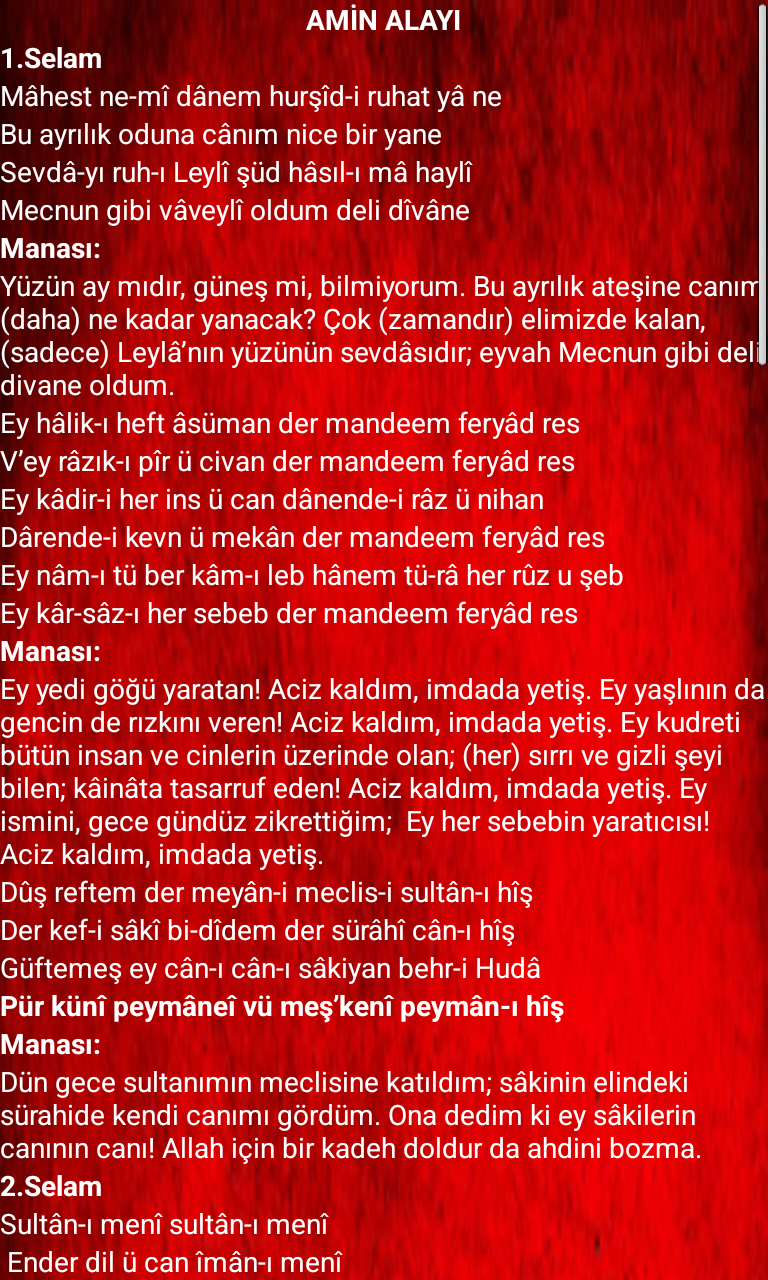
Repository: dokayazilim/Safahat-Android--Uygulamasi
Layout: safahat(android)/Safahat/res/layout/kitap31.xml
The author's editor kept a copy of each file at every save. The layout is drawn from the files as they stood at one save, then again after the next save.
It is drawn on a 768 x 1280 px phone screen (xhdpi) without system bars, with theme android:Theme; the app's code is not run.

Above is the layout before, as saved 2012-09-07 16:22:02.

### safahat(android)/Safahat/res/layout/kitap31.xml
<?xml version="1.0" encoding="utf-8"?>
<ScrollView    android:id="@+id/widget1"    android:layout_width="fill_parent"    android:layout_height="fill_parent"    xmlns:android="http://schemas.android.com/apk/res/android"    >
<LinearLayout xmlns:android="http://schemas.android.com/apk/res/android"
    android:layout_width="fill_parent"
    android:layout_height="fill_parent"
    android:orientation="vertical" android:background="@drawable/androidturk">

  <TextView
        android:id="@+id/textView1"
        android:layout_width="wrap_content"
        android:layout_height="wrap_content"
        android:text="AMİN ALAYI" android:textColor="#ffffff" android:textStyle="bold" android:layout_gravity="center"/>
<TextView
        android:id="@+id/textView2"
        android:layout_width="wrap_content"
        android:layout_height="wrap_content"
        android:text="1.Selam  " android:textColor="#ffffff" android:textStyle="bold"/>
<TextView
        android:id="@+id/textView3"
        android:layout_width="wrap_content"
        android:layout_height="wrap_content"
        android:text="Mâhest ne-mî dânem hurşîd-i ruhat yâ ne    " android:textColor="#ffffff" />
<TextView
        android:id="@+id/textView4"
        android:layout_width="wrap_content"
        android:layout_height="wrap_content"
        android:text="Bu ayrılık oduna cânım nice bir yane
  " android:textColor="#ffffff" />
<TextView
        android:id="@+id/textView5"
        android:layout_width="wrap_content"
        android:layout_height="wrap_content"
        android:text="Sevdâ-yı ruh-ı Leylî şüd hâsıl-ı mâ haylî " android:textColor="#ffffff" />
<TextView
        android:id="@+id/textView6"
        android:layout_width="wrap_content"
        android:layout_height="wrap_content"
        android:text="Mecnun gibi vâveylî oldum deli dîvâne     " android:textColor="#ffffff" />
<TextView
        android:id="@+id/textView7"
        android:layout_width="wrap_content"
        android:layout_height="wrap_content"
        android:text="Manası:  " android:textColor="#ffffff" android:textStyle="bold"/>
<TextView
        android:id="@+id/textView8"
        android:layout_width="wrap_content"
        android:layout_height="wrap_content"
        android:text="Yüzün ay mıdır, güneş mi, bilmiyorum. Bu ayrılık ateşine canım (daha) ne kadar yanacak? Çok (zamandır) elimizde kalan, (sadece) Leylâ’nın yüzünün sevdâsıdır; eyvah Mecnun gibi deli divane oldum. " android:textColor="#ffffff" />
<TextView
        android:id="@+id/textView9"
        android:layout_width="wrap_content"
        android:layout_height="wrap_content"
        android:text="Ey hâlik-ı heft âsüman der mandeem feryâd res
 " android:textColor="#ffffff"/>
<TextView
        android:id="@+id/textView10"
        android:layout_width="wrap_content"
        android:layout_height="wrap_content"
        android:text="V’ey râzık-ı pîr ü civan der mandeem feryâd res     " android:textColor="#ffffff"/>
<TextView
        android:id="@+id/textView11"
        android:layout_width="wrap_content"
        android:layout_height="wrap_content"
        android:text="Ey kâdir-i her ins ü can dânende-i râz ü nihan
 " android:textColor="#ffffff" />
<TextView
        android:id="@+id/textView12"
        android:layout_width="wrap_content"
        android:layout_height="wrap_content"
        android:text="Dârende-i kevn ü mekân der mandeem feryâd res
   " android:textColor="#ffffff" />
<TextView
        android:id="@+id/textView13"
        android:layout_width="wrap_content"
        android:layout_height="wrap_content"
        android:text="Ey nâm-ı tü ber kâm-ı leb hânem tü-râ her rûz u şeb  " android:textColor="#ffffff"/>
<TextView
        android:id="@+id/textView14"
        android:layout_width="wrap_content"
        android:layout_height="wrap_content"
        android:text="Ey kâr-sâz-ı her sebeb der mandeem feryâd res " android:textColor="#ffffff" />
<TextView
        android:id="@+id/textView15"
        android:layout_width="wrap_content"
        android:layout_height="wrap_content"
        android:text="Manası:
   " android:textColor="#ffffff" android:textStyle="bold"/>
<TextView
        android:id="@+id/textView16"
        android:layout_width="wrap_content"
        android:layout_height="wrap_content"
        android:text="Ey yedi göğü yaratan! Aciz kaldım, imdada yetiş. Ey yaşlının da gencin de rızkını veren! Aciz kaldım, imdada yetiş. Ey kudreti bütün insan ve cinlerin üzerinde olan; (her) sırrı ve gizli şeyi bilen; kâinâta tasarruf eden! Aciz kaldım, imdada yetiş. Ey ismini, gece gündüz zikrettiğim;
Ey her sebebin yaratıcısı! Aciz kaldım, imdada yetiş." android:textColor="#ffffff"/>
<TextView
        android:id="@+id/textView17"
        android:layout_width="wrap_content"
        android:layout_height="wrap_content"
        android:text="Dûş reftem der meyân-i meclis-i sultân-ı hîş " android:textColor="#ffffff" />
<TextView
        android:id="@+id/textView18"
        android:layout_width="wrap_content"
        android:layout_height="wrap_content"
        android:text="Der kef-i sâkî bi-dîdem der sürâhî cân-ı hîş
   " android:textColor="#ffffff" />
<TextView
        android:id="@+id/textView19"
        android:layout_width="wrap_content"
        android:layout_height="wrap_content"
        android:text="Güftemeş ey cân-ı cân-ı sâkiyan behr-i Hudâ   " android:textColor="#ffffff"/>
<TextView
        android:id="@+id/textView20"
        android:layout_width="wrap_content"
        android:layout_height="wrap_content"
        android:text="Pür künî peymâneî vü meş’kenî peymân-ı hîş " android:textColor="#ffffff" android:textStyle="bold" />
<TextView
        android:id="@+id/textView21"
        android:layout_width="wrap_content"
        android:layout_height="wrap_content"
        android:text="Manası:" android:textColor="#ffffff" android:textStyle="bold"/>
<TextView
        android:id="@+id/textView22"
        android:layout_width="wrap_content"
        android:layout_height="wrap_content"
        android:text="Dün gece sultanımın meclisine katıldım; sâkinin elindeki sürahide kendi canımı gördüm. Ona dedim ki ey sâkilerin canının canı! Allah için bir kadeh doldur da ahdini bozma.   " android:textColor="#ffffff"/>
<TextView
        android:id="@+id/textView23"
        android:layout_width="wrap_content"
        android:layout_height="wrap_content"
        android:text="2.Selam" android:textColor="#ffffff" android:textStyle="bold"/>
<TextView
        android:id="@+id/textView24"
        android:layout_width="wrap_content"
        android:layout_height="wrap_content"
        android:text="Sultân-ı menî sultân-ı menî
 " android:textColor="#ffffff" />
<TextView
        android:id="@+id/textView25"
        android:layout_width="wrap_content"
        android:layout_height="wrap_content"
        android:text="
Ender dil ü can îmân-ı menî
        " android:textColor="#ffffff" />
<TextView
        android:id="@+id/textView26"
        android:layout_width="wrap_content"
        android:layout_height="wrap_content"
        android:text=" Der men bi-demî men zinde şevem
  " android:textColor="#ffffff" />
<TextView
        android:id="@+id/textView27"
        android:layout_width="wrap_content"
        android:layout_height="wrap_content"
        android:text="Yek cân çi şeved sad cân-ı menî
 " android:textColor="#ffffff" />
<TextView
        android:id="@+id/textView28"
        android:layout_width="wrap_content"
        android:layout_height="wrap_content"
        android:text="Manası:
  " android:textColor="#ffffff" android:textStyle="bold"/>
<TextView
        android:id="@+id/textView29"
        android:layout_width="wrap_content"
        android:layout_height="wrap_content"
        android:text="Sultânımsın, sultânımsın; cânımda, gönlümde imânımsın. Bana üflersen ben dirilirim. Bir cân da nedir? Yüz cânımsın.   " android:textColor="#ffffff" />
<TextView
        android:id="@+id/textView30"
        android:layout_width="wrap_content"
        android:layout_height="wrap_content"
        android:text="Ey âşıkan ey âşıkan men cân ü cânan yâftem
  " android:textColor="#ffffff" />
<TextView
        android:id="@+id/textView31"
        android:layout_width="wrap_content"
        android:layout_height="wrap_content"
        android:text="
Ey sâdıkan ey sâdıkan men nûr-i îman yâftem
" android:textColor="#ffffff" />
<TextView
        android:id="@+id/textView32"
        android:layout_width="wrap_content"
        android:layout_height="wrap_content"
        android:text="Manası:
 " android:textColor="#ffffff" android:textStyle="bold"/>
<TextView
        android:id="@+id/textView33"
        android:layout_width="wrap_content"
        android:layout_height="wrap_content"
        android:text="Ey âşıklar, ey âşıklar! Ben canı ve cananı buldum. Ey sâdıklar, ey sâdıklar! Ben iman nurunu buldum. " android:textColor="#ffffff" android:textStyle="bold" />
<TextView
        android:id="@+id/textView34"
        android:layout_width="wrap_content"
        android:layout_height="wrap_content"
        android:text="3.Selam
  " android:textColor="#ffffff" android:textStyle="bold"/>
<TextView
        android:id="@+id/textView35"
        android:layout_width="wrap_content"
        android:layout_height="wrap_content"
        android:text="Der dil ü can hâne kerdî âkibet
   " android:textColor="#ffffff"/>
<TextView
        android:id="@+id/textView36"
        android:layout_width="wrap_content"
        android:layout_height="wrap_content"
        android:text="Her dü râ dîvâne kerdî âkibet
   " android:textColor="#ffffff" />
<TextView
        android:id="@+id/textView37"
        android:layout_width="wrap_content"
        android:layout_height="wrap_content"
        android:text="Âmedî k’âteş der in âlem zenî " android:textColor="#ffffff" />
<TextView
        android:id="@+id/textView38"
        android:layout_width="wrap_content"
        android:layout_height="wrap_content"
        android:text="Vâ ne-geştî tâ ne-gerdî âkibet " android:textColor="#ffffff" />
<TextView
        android:id="@+id/textView39"
        android:layout_width="wrap_content"
        android:layout_height="wrap_content"
        android:text="Ey zi aşkat âlemî vîran şüde " android:textColor="#ffffff" />
<TextView
        android:id="@+id/textView40"
        android:layout_width="wrap_content"
        android:layout_height="wrap_content"
        android:text="Kasd-ı in vîrâne kerdî âkibet " android:textColor="#ffffff"  />
<TextView
        android:id="@+id/textView41"
        android:layout_width="wrap_content"
        android:layout_height="wrap_content"
        android:text="Ey dil-i mecnûn ez Mecnun beter
  " android:textColor="#ffffff" />
<TextView
        android:id="@+id/textView42"
        android:layout_width="wrap_content"
        android:layout_height="wrap_content"
        android:text="Merdi vü merdâne kerdî âkibet
  " android:textColor="#ffffff" />
<TextView
        android:id="@+id/textView43"
        android:layout_width="wrap_content"
        android:layout_height="wrap_content"
        android:text="Manası:
  " android:textColor="#ffffff" android:textStyle="bold"/>
<TextView
        android:id="@+id/textView44"
        android:layout_width="wrap_content"
        android:layout_height="wrap_content"
        android:text="Sonunda gönülde, canda yurt edindin de her ikisini de deli divâne ettin. Şu âlemi ateşlere yakmaya geldin; sonunda da dediğini yapmadan dönmedin. Ey aşkıyla dünyayı yakıp yıkan; sonunda şu yıkık yere de kasdettin. Ey deli gönül, ey deliden de beter gönül! Ersin, sonunda erlik gösterdin.
  " android:textColor="#ffffff" />
<TextView
        android:id="@+id/textView45"
        android:layout_width="wrap_content"
        android:layout_height="wrap_content"
        android:text="Ey ki hezâr âferin bu nice sultân olur
  " android:textColor="#ffffff" />
<TextView
        android:id="@+id/textView46"
        android:layout_width="wrap_content"
        android:layout_height="wrap_content"
        android:text="Kulu olan kişiler hüsrev ü hâkân olur
  " android:textColor="#ffffff" />
<TextView
        android:id="@+id/textView47"
        android:layout_width="wrap_content"
        android:layout_height="wrap_content"
        android:text="Her ki bugün Veled’e inanuben yüz süre
  " android:textColor="#ffffff" />
<TextView
        android:id="@+id/textView48"
        android:layout_width="wrap_content"
        android:layout_height="wrap_content"
        android:text="Yoksul ise bay olur bay ise sultân olur
  " android:textColor="#ffffff" />
<TextView
        android:id="@+id/textView49"
        android:layout_width="wrap_content"
        android:layout_height="wrap_content"
        android:text="Manası:
  " android:textColor="#ffffff" android:textStyle="bold"/>
<TextView
        android:id="@+id/textView50"
        android:layout_width="wrap_content"
        android:layout_height="wrap_content"
        android:text="'Binlerce tebrikler! Bu nasıl bir sultandır ki hizmetçisi olanlar, padişah olur. Bugün her kim (Sultan) Veled’e inanıp (dergâhına) yüz sürerse, fakir ise bey olur, bey ise sultan olur.
  " android:textColor="#ffffff" />
<TextView
        android:id="@+id/textView51"
        android:layout_width="wrap_content"
        android:layout_height="wrap_content"
        android:text="Mâ der dü cihan gayr-i Hüdâ yâr ne-dârîm
  " android:textColor="#ffffff" />
<TextView
        android:id="@+id/textView52"
        android:layout_width="wrap_content"
        android:layout_height="wrap_content"
        android:text="Cüz yâd-ı Hüdâ hîç diger kâr ne-dârîm
  " android:textColor="#ffffff" />
<TextView
        android:id="@+id/textView53"
        android:layout_width="wrap_content"
        android:layout_height="wrap_content"
        android:text="Müştâk-ı dil ü cân-i tü Şemsü’l-Hak-ı Tebrîz
  " android:textColor="#ffffff" />
<TextView
        android:id="@+id/textView54"
        android:layout_width="wrap_content"
        android:layout_height="wrap_content"
        android:text="Der âyine cüz vâye-i dîdâr ne-dârîm
  " android:textColor="#ffffff" />
<TextView
        android:id="@+id/textView55"
        android:layout_width="wrap_content"
        android:layout_height="wrap_content"
        android:text="Manası:" android:textColor="#ffffff" android:textStyle="bold" />
<TextView
        android:id="@+id/textView56"
        android:layout_width="wrap_content"
        android:layout_height="wrap_content"
        android:text="Bizim iki dünyada da Hak’tan başka yârimiz, Hakk’ı zikretmekten başka işimiz yoktur. Tebrizli Hak Güneşi, senin gönlünün ve canının özlem çekenidir. (Gönül) aynasındaki yüzünden başka nasibimiz yoktur.
  " android:textColor="#ffffff" />
<TextView
        android:id="@+id/textView57"
        android:layout_width="wrap_content"
        android:layout_height="wrap_content"
        android:text="İmrûz semâast ü müdâmest ü sekâyî
  " android:textColor="#ffffff" />
<TextView
        android:id="@+id/textView58"
        android:layout_width="wrap_content"
        android:layout_height="wrap_content"
        android:text="Gerdan şüde ber cem‘ kadehhâ-yi atâyî
  " android:textColor="#ffffff" />
<TextView
        android:id="@+id/textView59"
        android:layout_width="wrap_content"
        android:layout_height="wrap_content"
        android:text="Fermân-i sekallâh resîdest bi-nûşîd
  " android:textColor="#ffffff" />
<TextView
        android:id="@+id/textView60"
        android:layout_width="wrap_content"
        android:layout_height="wrap_content"
        android:text="Ey ten heme can şev ki zi ihvân-ı safâyî
  " android:textColor="#ffffff" />
<TextView
        android:id="@+id/textView61"
        android:layout_width="wrap_content"
        android:layout_height="wrap_content"
        android:text="Manası:
  " android:textColor="#ffffff" android:textStyle="bold"/>
<TextView
        android:id="@+id/textView62"
        android:layout_width="wrap_content"
        android:layout_height="wrap_content"
        android:text="Bugün semâ var, şarap var; devamlı sunulmada. İhsan edilen kadehler mecliste döndürülmede. “Allah sulasın” buyruğu erişti, (afiyetle) için! Ey beden bütünüyle can ol; zira safâ ehli kardeşlerdensin.
  " android:textColor="#ffffff" />
<TextView
        android:id="@+id/textView63"
        android:layout_width="wrap_content"
        android:layout_height="wrap_content"
        android:text="Her ki zi uşşâk girîzan şeved
  " android:textColor="#ffffff" />
<TextView
        android:id="@+id/textView64"
        android:layout_width="wrap_content"
        android:layout_height="wrap_content"
        android:text="Bâr-i diger hâce peşîman şeved
  " android:textColor="#ffffff" />
<TextView
        android:id="@+id/textView65"
        android:layout_width="wrap_content"
        android:layout_height="wrap_content"
        android:text="Her ki sebû-yi tü keşed âkıbet
  " android:textColor="#ffffff" />
<TextView
        android:id="@+id/textView66"
        android:layout_width="wrap_content"
        android:layout_height="wrap_content"
        android:text="Der harem-i işret-i sultan şeved
  " android:textColor="#ffffff" />
<TextView
        android:id="@+id/textView67"
        android:layout_width="wrap_content"
        android:layout_height="wrap_content"
        android:text="Manası:
  " android:textColor="#ffffff" android:textStyle="bold"/>
<TextView
        android:id="@+id/textView68"
        android:layout_width="wrap_content"
        android:layout_height="wrap_content"
        android:text="Ey efendi! Âşıklardan kaçan sonunda pişman olur.
Senin destini taşıyan kişi, nihayet sultan meclisine mahrem olur. " android:textColor="#ffffff" />
<TextView
        android:id="@+id/textView69"
        android:layout_width="wrap_content"
        android:layout_height="wrap_content"
        android:text="Vesvese-i ten güzeşt gulgule-i can resîd
  " android:textColor="#ffffff" />
<TextView
        android:id="@+id/textView70"
        android:layout_width="wrap_content"
        android:layout_height="wrap_content"
        android:text="Mûr fürû şüd be gûr hayl-i Süleyman resîd
  " android:textColor="#ffffff" />
<TextView
        android:id="@+id/textView71"
        android:layout_width="wrap_content"
        android:layout_height="wrap_content"
        android:text="İn felek-i âteşî çend küned ser-keşî
  " android:textColor="#ffffff" />
<TextView
        android:id="@+id/textView72"
        android:layout_width="wrap_content"
        android:layout_height="wrap_content"
        android:text="Nûh be keştî nişest cûşiş-i tûfan resîd " android:textColor="#ffffff" />
<TextView
        android:id="@+id/textView73"
        android:layout_width="wrap_content"
        android:layout_height="wrap_content"
        android:text="Çend muhannes tü-râ da‘vi-i merdî küned
  " android:textColor="#ffffff" />
<TextView
        android:id="@+id/textView74"
        android:layout_width="wrap_content"
        android:layout_height="wrap_content"
        android:text="Rüstem hançer keşîd Sâm ü Nerîman resîd
  " android:textColor="#ffffff" />
<TextView
        android:id="@+id/textView75"
        android:layout_width="wrap_content"
        android:layout_height="wrap_content"
        android:text="Mihnet-i Eyyûb râ fâka-i Ya‘kûb râ
  " android:textColor="#ffffff" />
<TextView
        android:id="@+id/textView76"
        android:layout_width="wrap_content"
        android:layout_height="wrap_content"
        android:text="Çâre-i dîger ne-bûd rahmet-i Rahman resîd
  " android:textColor="#ffffff" />
<TextView
        android:id="@+id/textView77"
        android:layout_width="wrap_content"
        android:layout_height="wrap_content"
        android:text="Manası:" android:textColor="#ffffff" android:textStyle="bold" />
<TextView
        android:id="@+id/textView78"
        android:layout_width="wrap_content"
        android:layout_height="wrap_content"
        android:text="Kendi feryâdımdır ancak ses veren feryâdıma...
  " android:textColor="#ffffff" />
<TextView
        android:id="@+id/textView79"
        android:layout_width="wrap_content"
        android:layout_height="wrap_content"
        android:text="Kimseler yok âşinâdan büsbütün hâlî diyâr.
  " android:textColor="#ffffff" />
<TextView
        android:id="@+id/textView80"
        android:layout_width="wrap_content"
        android:layout_height="wrap_content"
        android:text="Kendi feryadımdır ancak ses veren feryadıma...
  " android:textColor="#ffffff" />
<TextView
        android:id="@+id/textView81"
        android:layout_width="wrap_content"
        android:layout_height="wrap_content"
        android:text="Kimseler yok tanıdıkların hepsi bu diyardan gitmiş. " android:textColor="#ffffff" />
<TextView
        android:id="@+id/textView82"
        android:layout_width="wrap_content"
        android:layout_height="wrap_content"
        android:text="'Nerde yârânım?' diyorken ben bülend âvâz ile
  " android:textColor="#ffffff" />
<TextView
        android:id="@+id/textView83"
        android:layout_width="wrap_content"
        android:layout_height="wrap_content"
        android:text="'Nerde yârânım?' diyor vâdî, beyâbân, kûhsâr.
  " android:textColor="#ffffff" />
<TextView
        android:id="@+id/textView84"
        android:layout_width="wrap_content"
        android:layout_height="wrap_content"
        android:text="Nühüfte kalb-i ketûmunda leyl-i deycurun,
  " android:textColor="#ffffff" />
<TextView
        android:id="@+id/textView85"
        android:layout_width="wrap_content"
        android:layout_height="wrap_content"
        android:text="Seninle biz iki âvâre-ser idik gûyâ:
  " android:textColor="#ffffff" />
<TextView
        android:id="@+id/textView86"
        android:layout_width="wrap_content"
        android:layout_height="wrap_content"
        android:text="Ki ta ebed kalacak muhtefi nazarlardan ,
  " android:textColor="#ffffff" />
<TextView
        android:id="@+id/textView87"
        android:layout_width="wrap_content"
        android:layout_height="wrap_content"
        android:text="Meğer ki onları etsin lisan-subh ifşa!
  " android:textColor="#ffffff" />
<TextView
        android:id="@+id/textView88"
        android:layout_width="wrap_content"
        android:layout_height="wrap_content"
        android:text="HÜSRAN-I MÜBİN" android:textColor="#ffffff" android:textStyle="bold" android:layout_gravity="center"/>
<TextView
        android:id="@+id/textView89"
        android:layout_width="wrap_content"
        android:layout_height="wrap_content"
        android:text="Başlattığı gün mektebe, duydum ki, diyordu,
  " android:textColor="#ffffff" />
<TextView
        android:id="@+id/textView90"
        android:layout_width="wrap_content"
        android:layout_height="wrap_content"
        android:text="Rahmetli babam: 'Âdem olur oğlum ilerde?'" android:textColor="#ffffff" />
<TextView
        android:id="@+id/textView91"
        android:layout_width="wrap_content"
        android:layout_height="wrap_content"
        android:text="Annemse, oturmuş, paşalıklar kuruyordu...
  " android:textColor="#ffffff" />
<TextView
        android:id="@+id/textView92"
        android:layout_width="wrap_content"
        android:layout_height="wrap_content"
        android:text="Âdemliği geçtik! Paşalık olsun, o nerde?
  " android:textColor="#ffffff" />
<TextView
        android:id="@+id/textView93"
        android:layout_width="wrap_content"
        android:layout_height="wrap_content"
        android:text="Âmâli tezâd üzre giderken ebeveynin,
  " android:textColor="#ffffff" />
<TextView
        android:id="@+id/textView94"
        android:layout_width="wrap_content"
        android:layout_height="wrap_content"
        android:text="Hep böyle harâb olmada etfâl ara yerde!
  " android:textColor="#ffffff" />

<TextView
        android:id="@+id/textView95"
        android:layout_width="wrap_content"
        android:layout_height="wrap_content"
        android:text="Mehmet Akif ERSOY" android:textColor="#ffffff" android:textStyle="bold"/>
</LinearLayout>
</ScrollView>

After the next save:
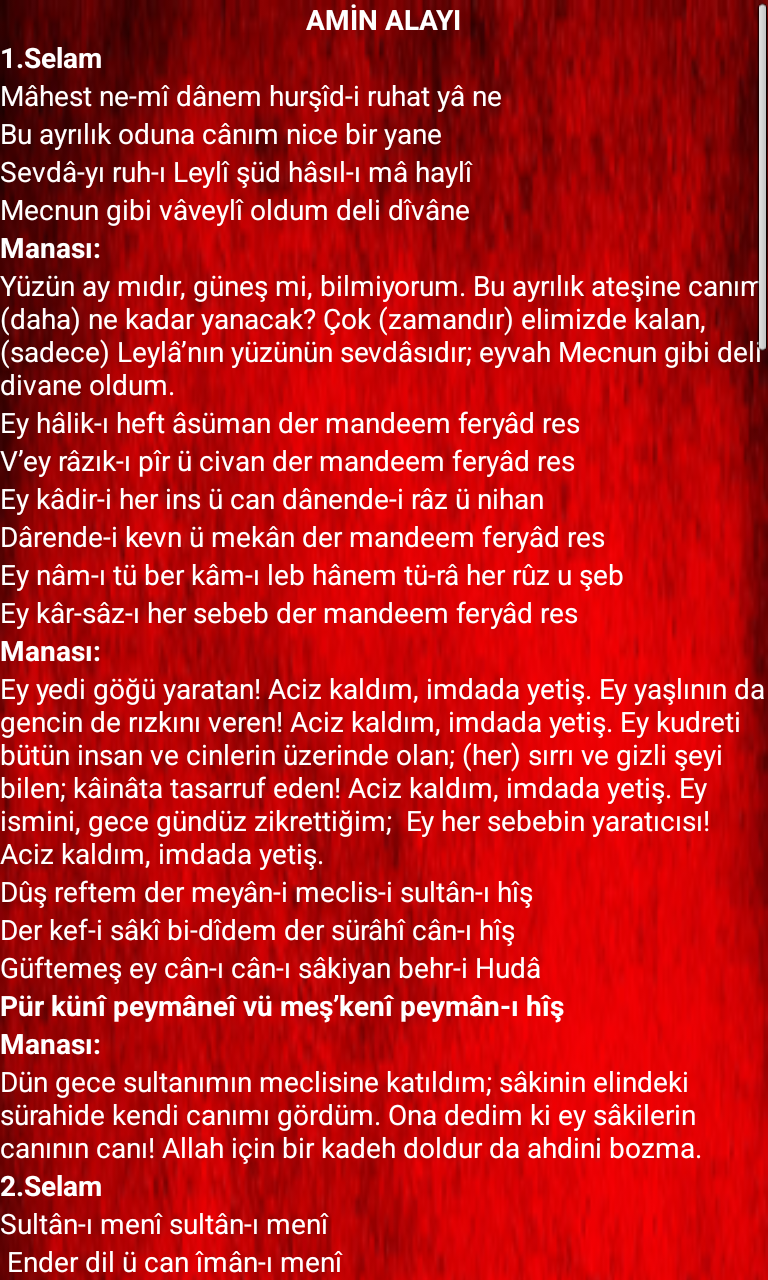
Saved 30 s later.
--- a/safahat(android)/Safahat/res/layout/kitap31.xml
+++ b/safahat(android)/Safahat/res/layout/kitap31.xml
@@ -448,7 +448,13 @@ Senin destini taşıyan kişi, nihayet sultan meclisine mahrem olur. " android:t
         android:id="@+id/textView78"
         android:layout_width="wrap_content"
         android:layout_height="wrap_content"
-        android:text="Kendi feryâdımdır ancak ses veren feryâdıma...
+        android:text="Beden, vesvesesi geçti, can gürültüsü geldi çattı; karıncalar yuvalarına girdi,
+Süleyman’ın ordusu geldi. Şu ateşli gök, niceye bir serkeşlik edecek?
+ Nûh gemiye bindi, tufan coşmaya başladı.
+Bayağı kişi, sana karşı daha ne kadar mertlik dâvasına girişecek?
+ Rüstem hançer çekti, Sam’la Neriman geldi.
+Eyyub’un mihnetine, Yâkub’un yoksulluğuna başka bir çare yoktu da merhametli Allah’ın rahmeti geldi.
+
   " android:textColor="#ffffff" />
 <TextView
         android:id="@+id/textView79"
